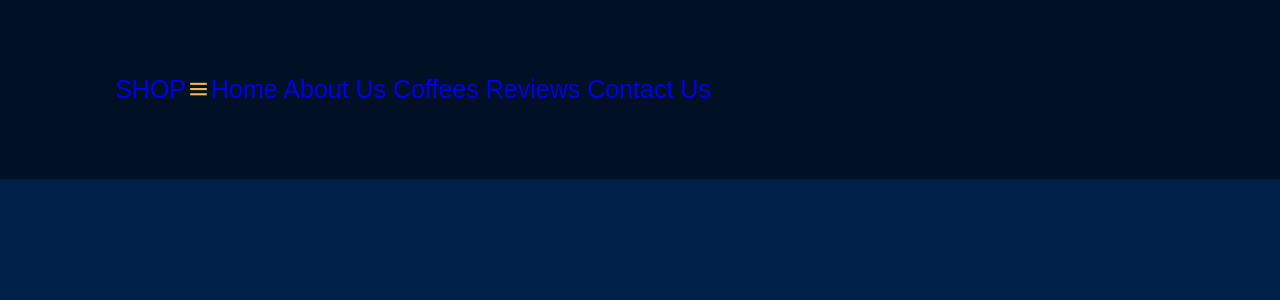
Repository: ntandomagana/Coffee-Shop
Page: index.html
These files come from the project's save history. The page is drawn as it stood at one moment and after the next save; the edit follows.
The browser window is 1280 px wide. The pictures show the whole page.

Above is the page before, as saved 2024-04-10 13:40:40.

After the next save:
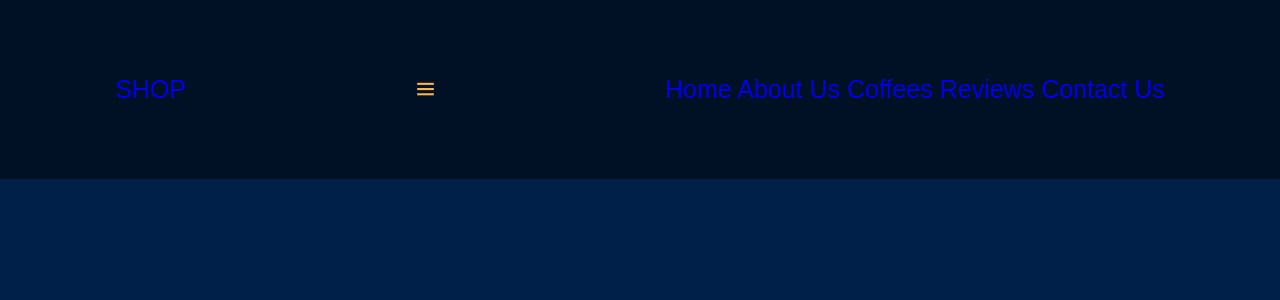
Saved 4 s later.
--- a/style.css
+++ b/style.css
@@ -36,5 +36,5 @@
     background-filter: blur(20px);
     display: flex;
     align-items: center;
-    justify-content: space;
+    justify-content: space-between;
 }
